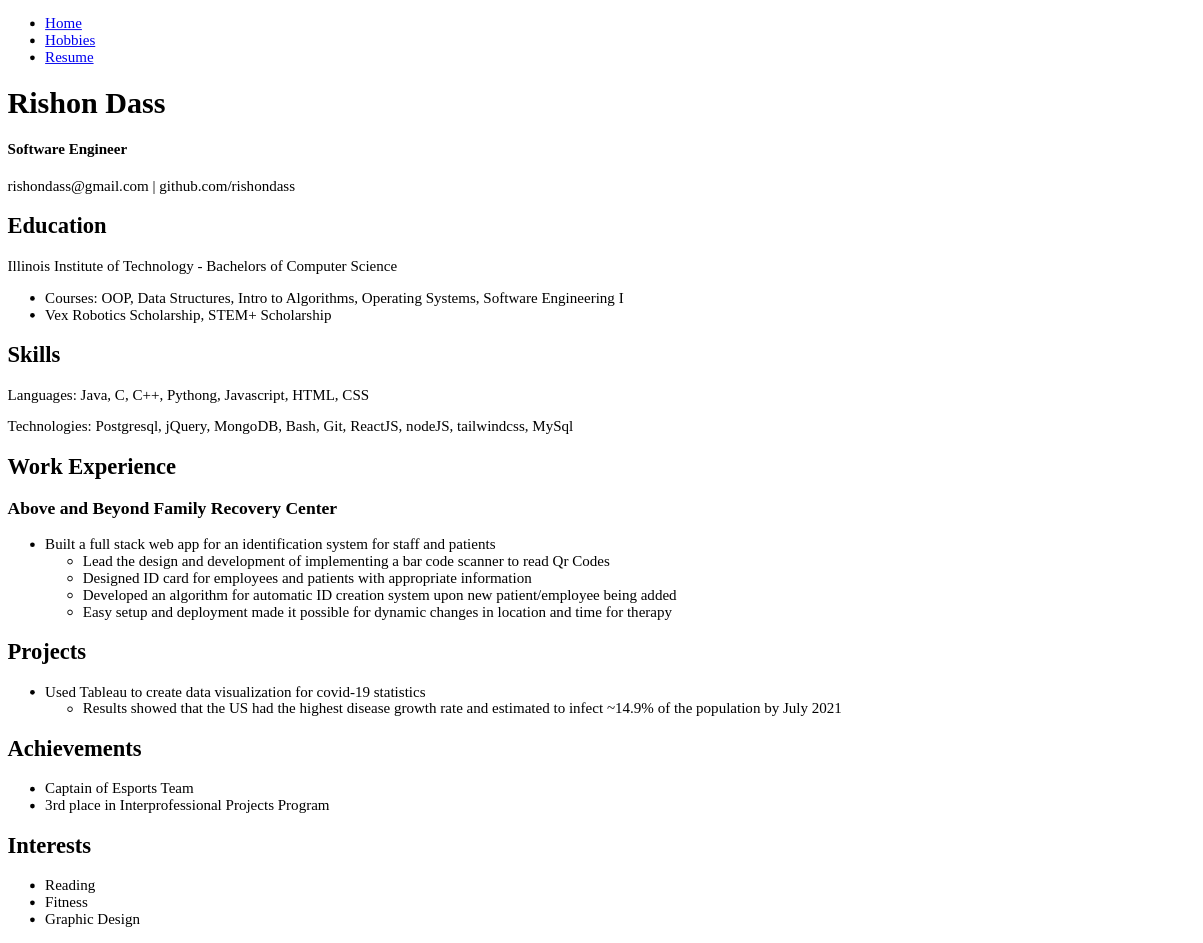
Repository: rishondass/ITMD361-Project1
Page: resume.html
The author's editor kept a copy of each file at every save. The page is drawn from the files as they stood at one save, then again after a run of saves.
The browser window is 1280 px wide. The pictures show the whole page, at 94% of full size.

Above is the page before, as saved 2023-02-22 15:25:43.

After the next 4 saves:
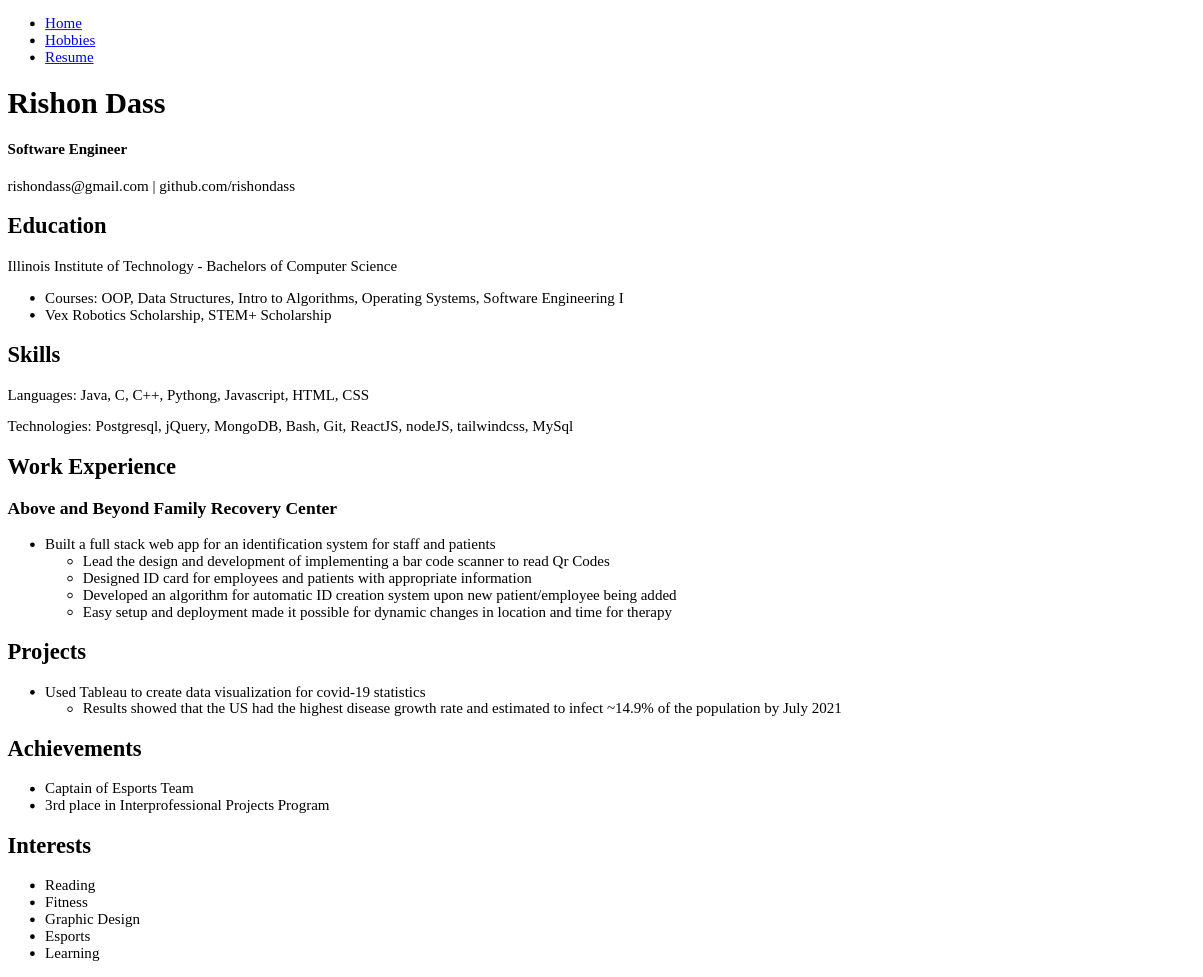
The 4 saves are shown as one change because they came seconds apart.
The last was saved 11 s later.
--- a/resume.html
+++ b/resume.html
@@ -129,6 +129,13 @@
                 <li>
                     Graphic Design
                 </li>
+                <li>
+                    Esports
+                </li>
+                <li>
+                    Learning
+                </li>
+
             </ul>
         </p>
     </div>
